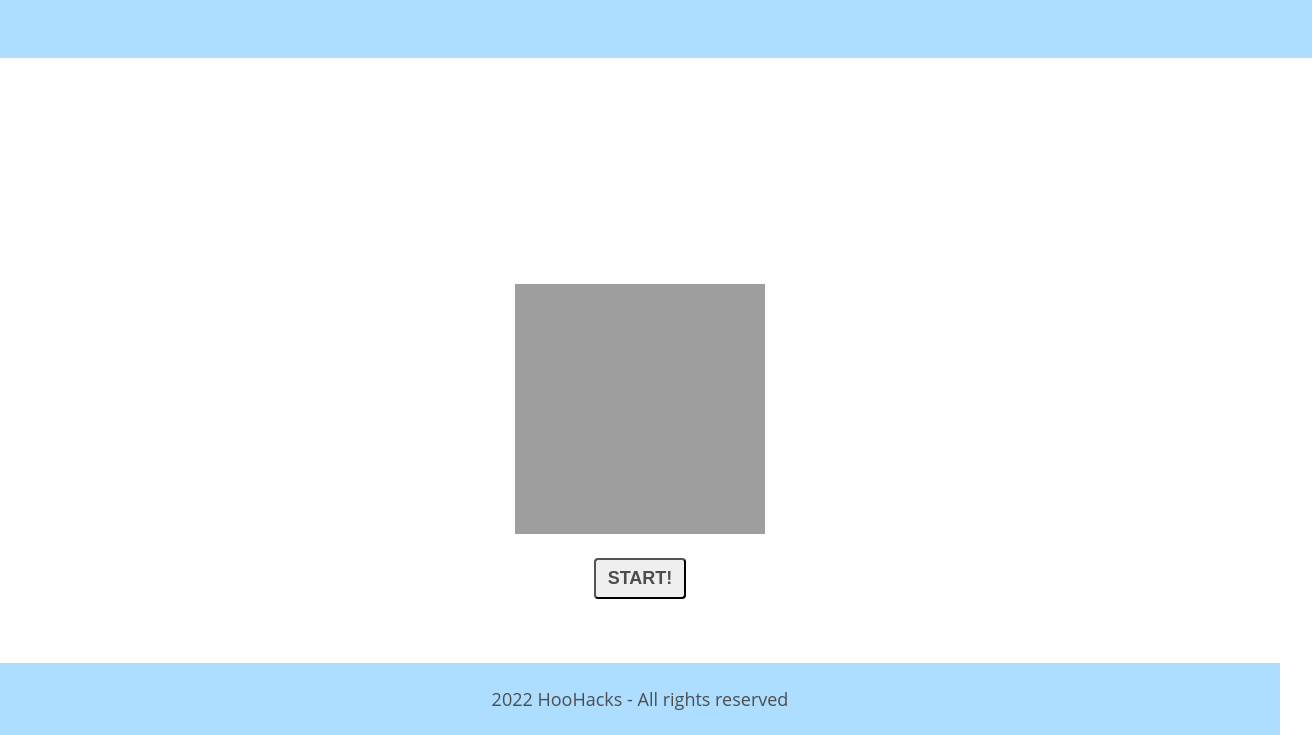
Repository: jennyjjung/H2ODaily
Page: index.html
An editor plug-in stored every save of this project. The page is shown before and after the next save, followed by the edit.
The browser window is 1280 px wide. The page is 1312 px wide, so the pictures cover 1312 px, including what lies to the right of the window. The pictures show the whole page.
Pictures or frames that could not be fetched are drawn as grey boxes.

Above is the page before, as saved 2022-03-26 15:00:07.

After the next save:
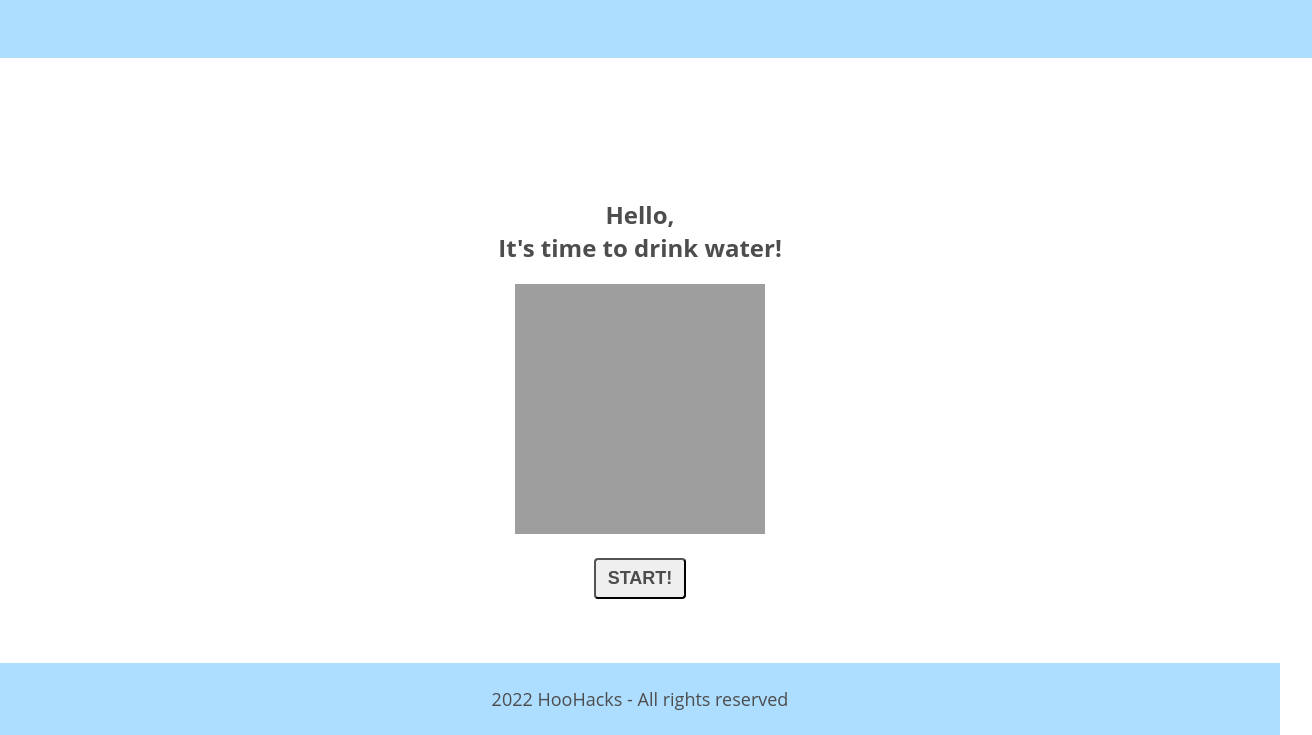
Saved 20 s later.
--- a/style.css
+++ b/style.css
@@ -50,7 +50,7 @@ p {
 }
 
 .home__title {
-  color: var(--color-white);
+  color: var(--color-dark-grey);
 }
 
 .home__container {
